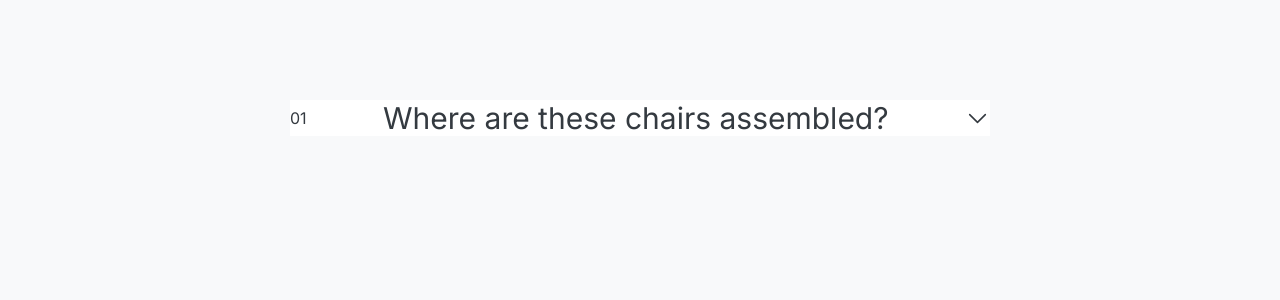
Repository: Ahmed123rezk123/06-Components
Page: accordion.html
An editor plug-in stored every save of this project. The page is shown before and after the next save, followed by the edit.
The browser window is 1280 px wide. The pictures show the whole page.

Above is the page before, as saved 2024-09-16 02:41:43.

### accordion.html
<!DOCTYPE html>
<html lang="en">
  <head>
    <meta charset="UTF-8" />
    <meta name="viewport" content="width=device-width, initial-scale=1.0" />
    <link rel="preconnect" href="https://fonts.gstatic.com" />
    <link
      href="https://fonts.googleapis.com/css2?family=Inter:wght@400;500;700&display=swap"
      rel="stylesheet"
    />
    <link rel="stylesheet" href="accordion.css" />
    <title>Accordion</title>
  </head>
  <body>
    <div class="accordion">
      <div class="item">
        <p class="number">01</p>
        <p class="text">Where are these chairs assembled?</p>
        <svg
          xmlns="http://www.w3.org/2000/svg"
          fill="none"
          viewBox="0 0 24 24"
          stroke-width="1.5"
          stroke="currentColor"
          class="icon"
        >
          <path
            stroke-linecap="round"
            stroke-linejoin="round"
            d="m19.5 8.25-7.5 7.5-7.5-7.5"
          />
        </svg>
      </div>
    </div>
  </body>
</html>

### accordion.css
* {
  margin: 0;
  padding: 0;
  box-sizing: border-box;
}

body {
  font-family: "Inter", sans-serif;
  color: #343a40;
  /* border-bottom: 8px solid #087f5b; */
  background-color: #f8f9fa;
}
.accordion {
  width: 700px;
  margin: 100px auto;
}

.item {
  display: flex;
  background-color: #fff;
  justify-content: space-between;
  align-items: center;
}

.text {
  font-size: 30px;
}

.icon {
  width: 25px;
}

After the next save:
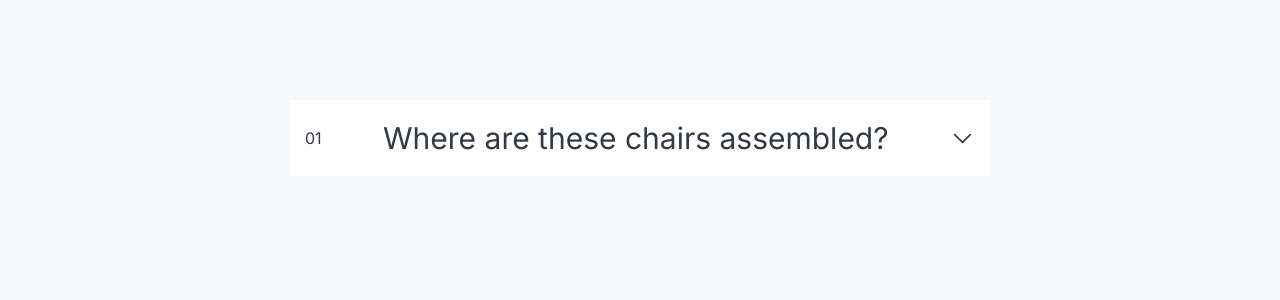
Saved 16 s later.
--- a/accordion.css
+++ b/accordion.css
@@ -20,6 +20,7 @@ body {
   background-color: #fff;
   justify-content: space-between;
   align-items: center;
+  padding: 20px 15px;
 }
 
 .text {
